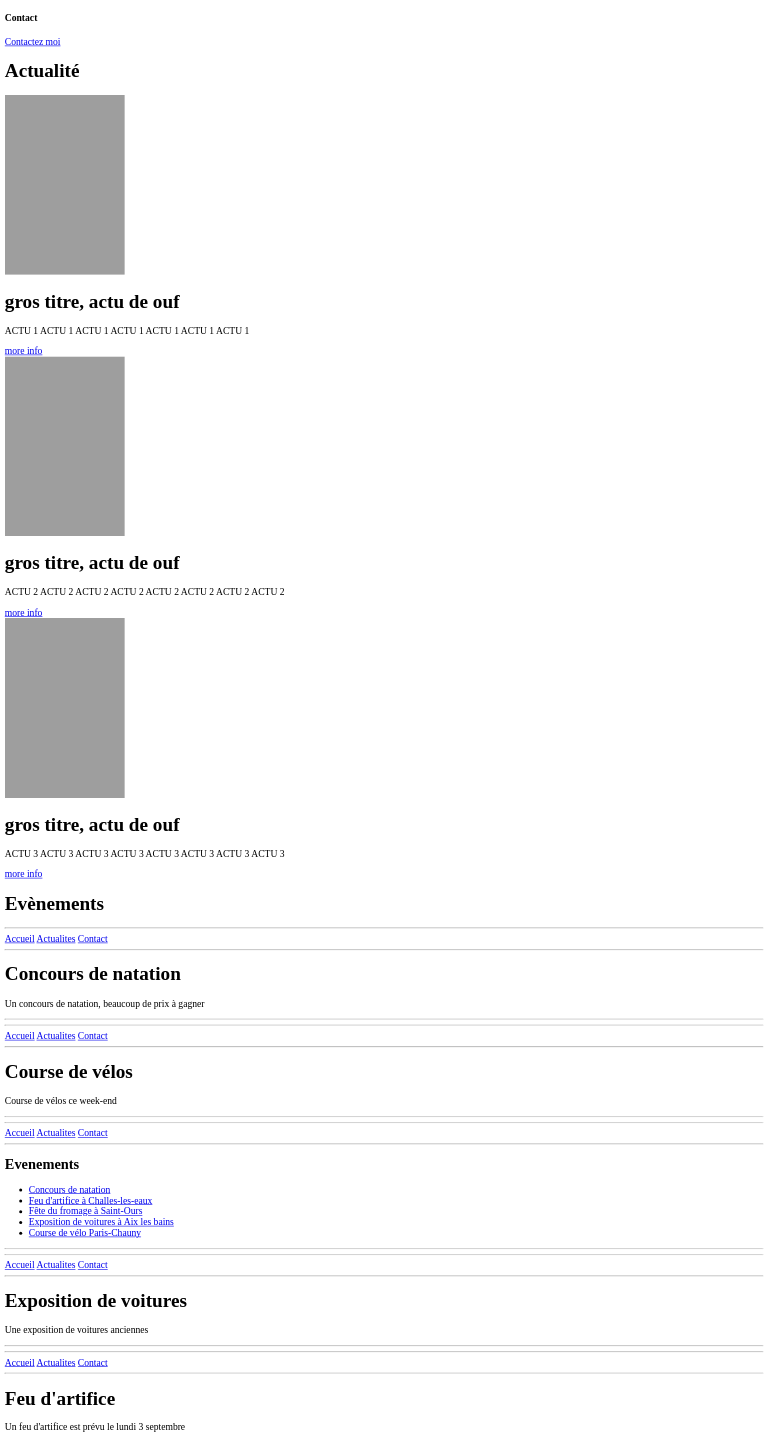
Repository: Mini-T/git-course
Page: index.html
These files come from the project's save history. The page is drawn as it stood at one moment and after a run of saves; the edit follows.
The browser window is 1280 px wide. The pictures show the whole page, at 60% of full size.
Pictures or frames that could not be fetched are drawn as grey boxes.

Above is the page before, as saved 2022-09-26 15:58:11.

After the next 3 saves:
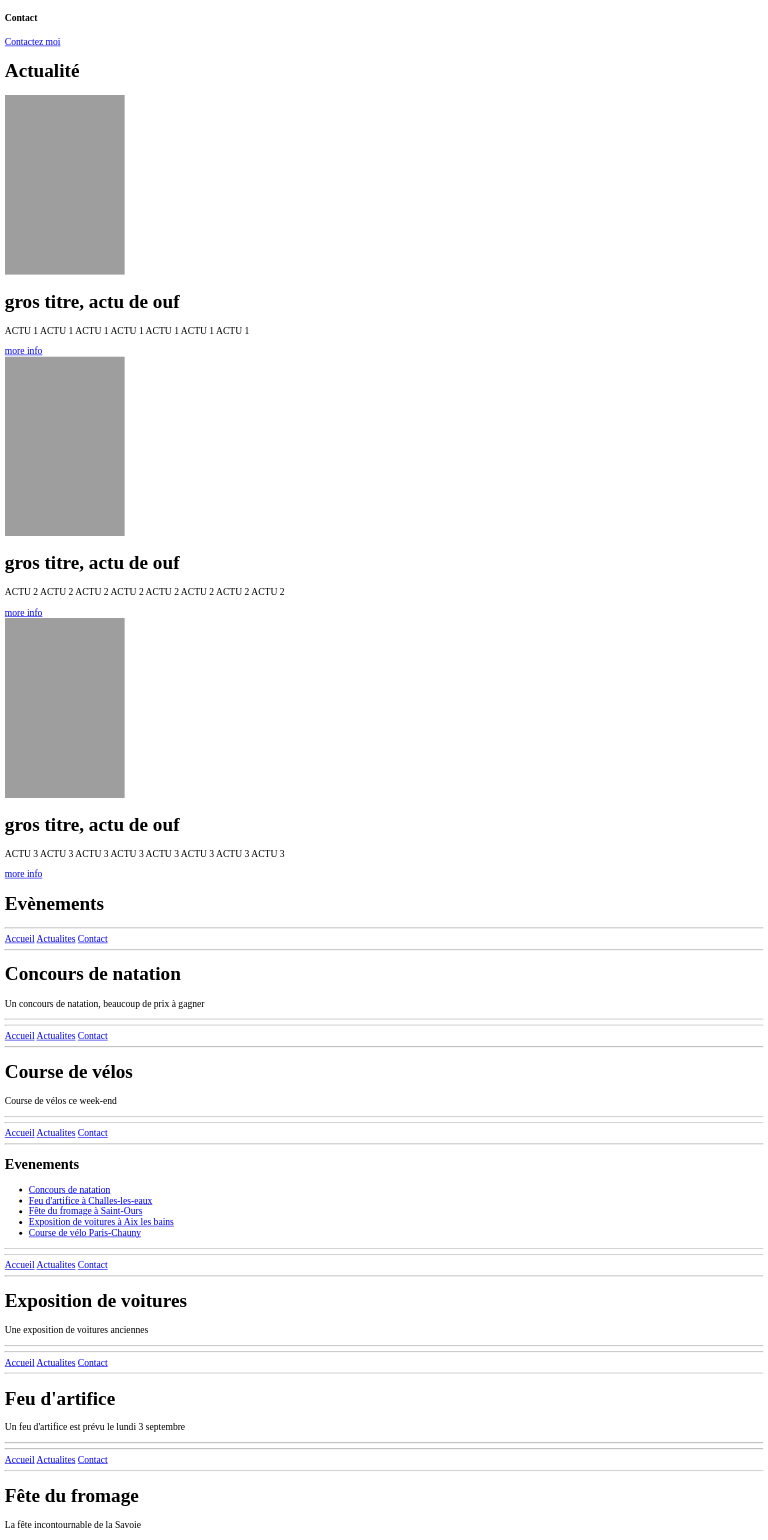
The 3 saves are shown as one change because they came seconds apart.
The last was saved 19 s later.
--- a/index.html
+++ b/index.html
@@ -95,5 +95,15 @@
         </div>
         <h1>Feu d'artifice</h1>
         <p>Un feu d'artifice est prévu le lundi 3 septembre</p>
+        <hr>
+        <div>
+            <hr>
+            <a href="../index.html">Accueil</a>
+            <a href="../actualites/actualite.html">Actualites</a>
+            <a href="../contact.html">Contact</a>
+            <hr>
+        </div>
+        <h1>Fête du fromage</h1>
+        <p>La fête incontournable de la Savoie</p>
     </body>
 </html>
